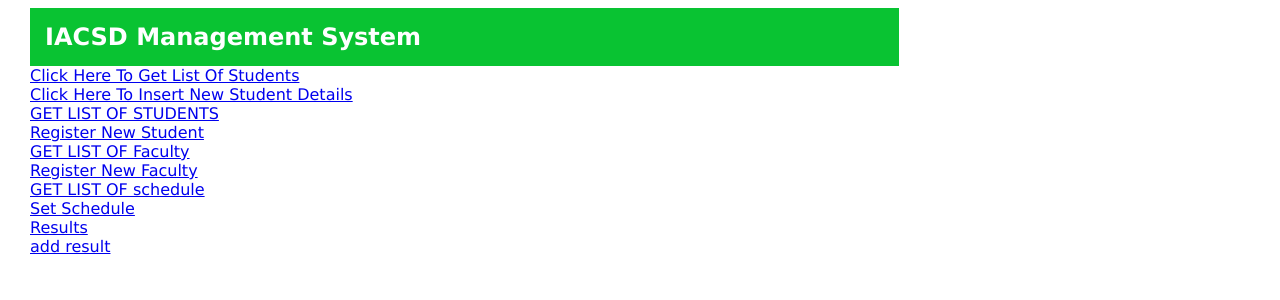
Repository: vsc8791/IMS
Page: http://localhost/web-customer-tracker/
These files come from the project's save history. The page is drawn as it stood at one moment and after a run of saves; the edit follows.
The browser window is 1280 px wide. The pictures show the whole page.
The page is served by Tomcat 9.

Above is the page before, as saved 2018-07-28 06:28:32.

After the next 2 saves:
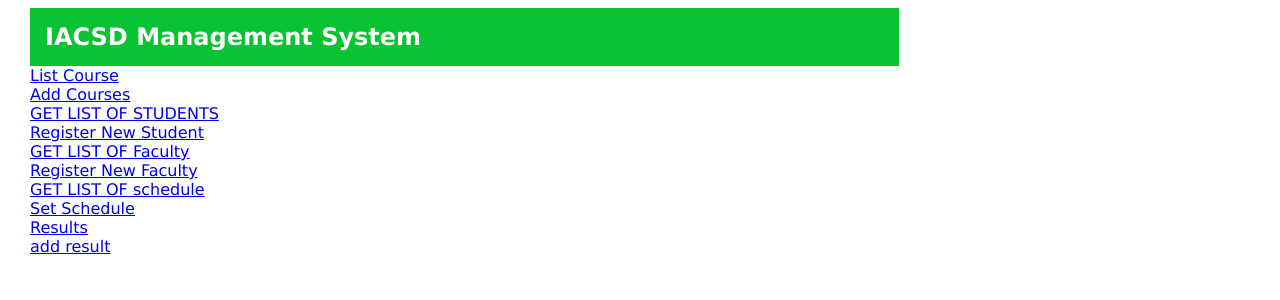
The 2 saves are shown as one change because they came seconds apart.
The last was saved 49 s later.
--- a/web-customer-tracker/WebContent/index.jsp
+++ b/web-customer-tracker/WebContent/index.jsp
@@ -19,8 +19,8 @@
 			<h2>IACSD Management System</h2>
 		</div>
 	</div>
-<a href="http://localhost:8082/web-customer-tracker/customer/list">Click Here To Get List Of Students</a><br>
-<a href="http://localhost:8082/web-customer-tracker/customer/showFormForAdd">Click Here To Insert New Student Details</a><br>
+<a href="http://localhost:8082/web-customer-tracker/customer/list">List Course</a><br>
+<a href="http://localhost:8082/web-customer-tracker/customer/showFormForAdd">Add Courses</a><br>
 <a href="http://localhost:8082/web-customer-tracker/student/list">GET LIST OF STUDENTS</a><br>
 <a href="http://localhost:8082/web-customer-tracker/student/register">Register New Student</a><br>
 <a href="http://localhost:8082/web-customer-tracker/faculty/list">GET LIST OF Faculty</a><br>
